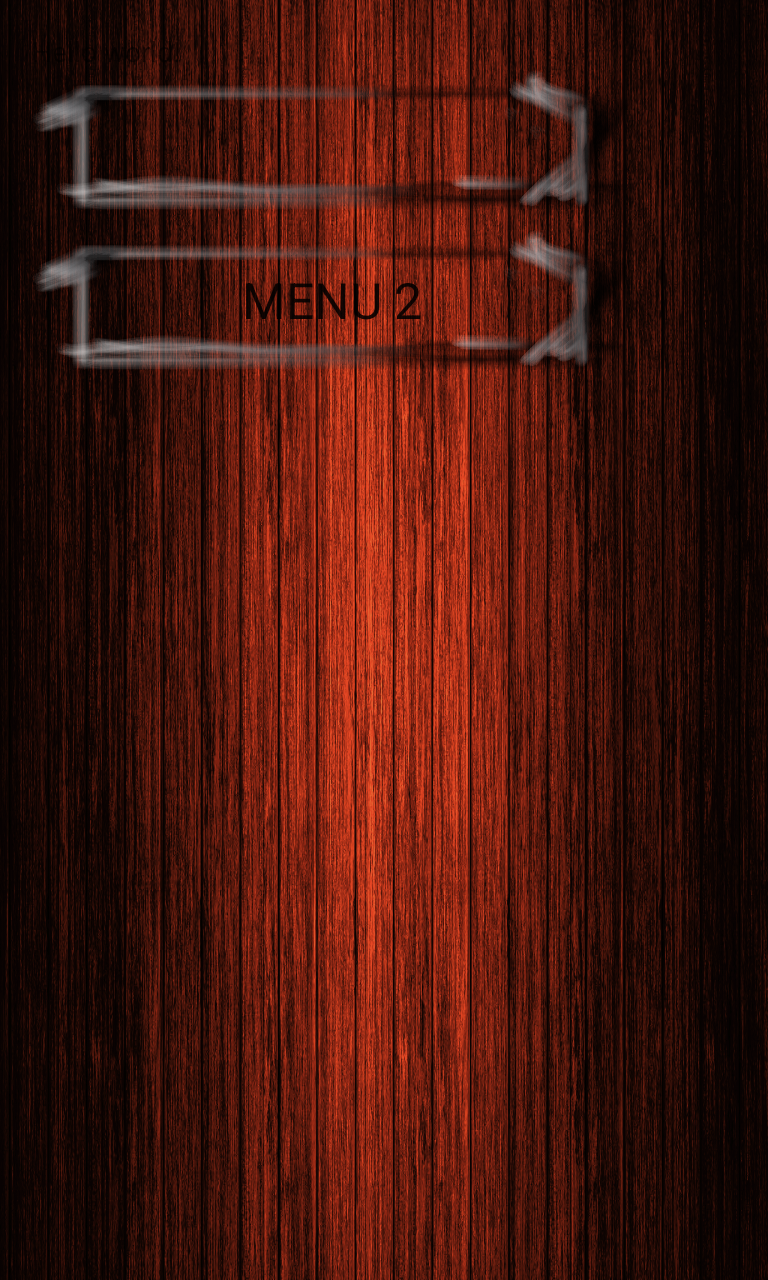
Repository: Hedlundaren/androidmenu
Layout: startmenu/res/layout/activity_main.xml
The author's editor kept a copy of each file at every save. The layout is drawn from the files as they stood at one save, then again after the next save.
It is drawn on a 768 x 1280 px phone screen (xhdpi) without system bars, with theme AppTheme; the app's code is not run.

Above is the layout before, as saved 2014-11-05 19:54:14.

After the next save:
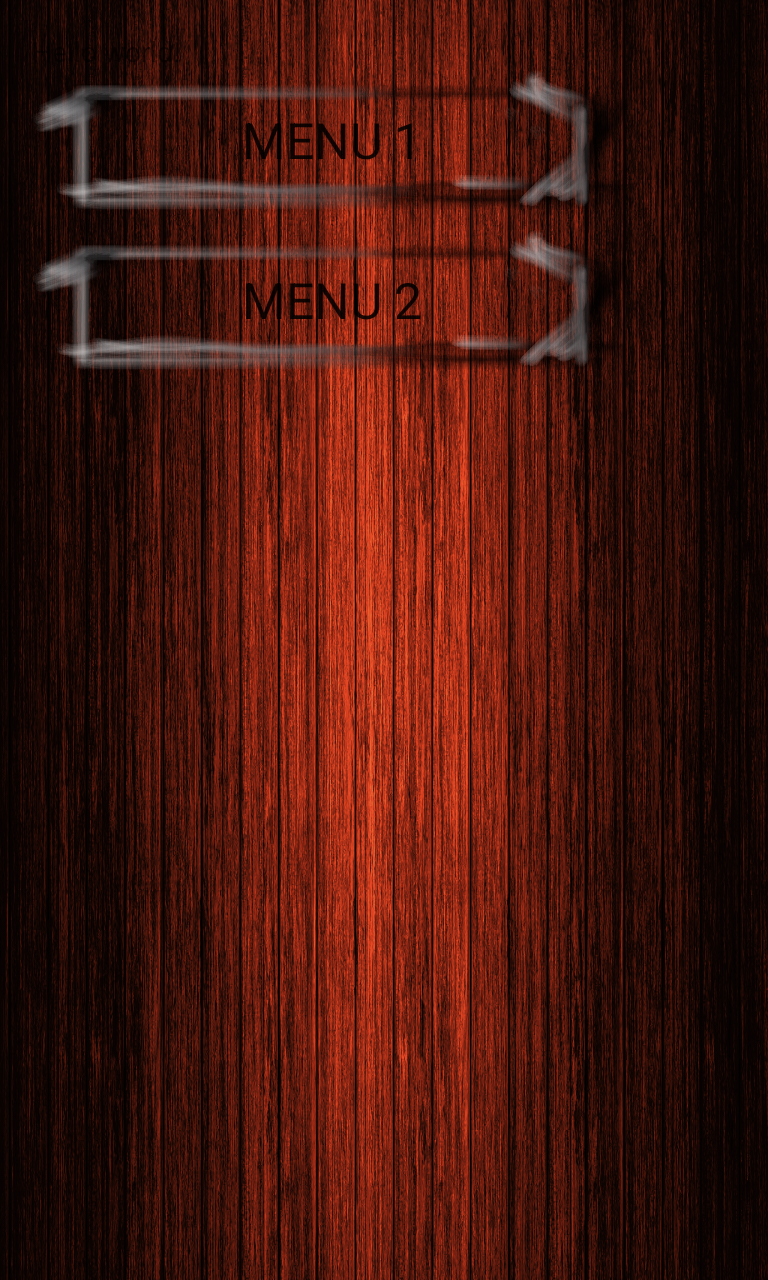
Saved 71 s later.
--- a/startmenu/res/layout/activity_main.xml
+++ b/startmenu/res/layout/activity_main.xml
@@ -24,7 +24,6 @@
         android:background="@drawable/button"
         android:text="MENU 1"
         android:textSize="25dp"
-        android:textColor="#1111"
         android:typeface="sans" />
 
     <Button
